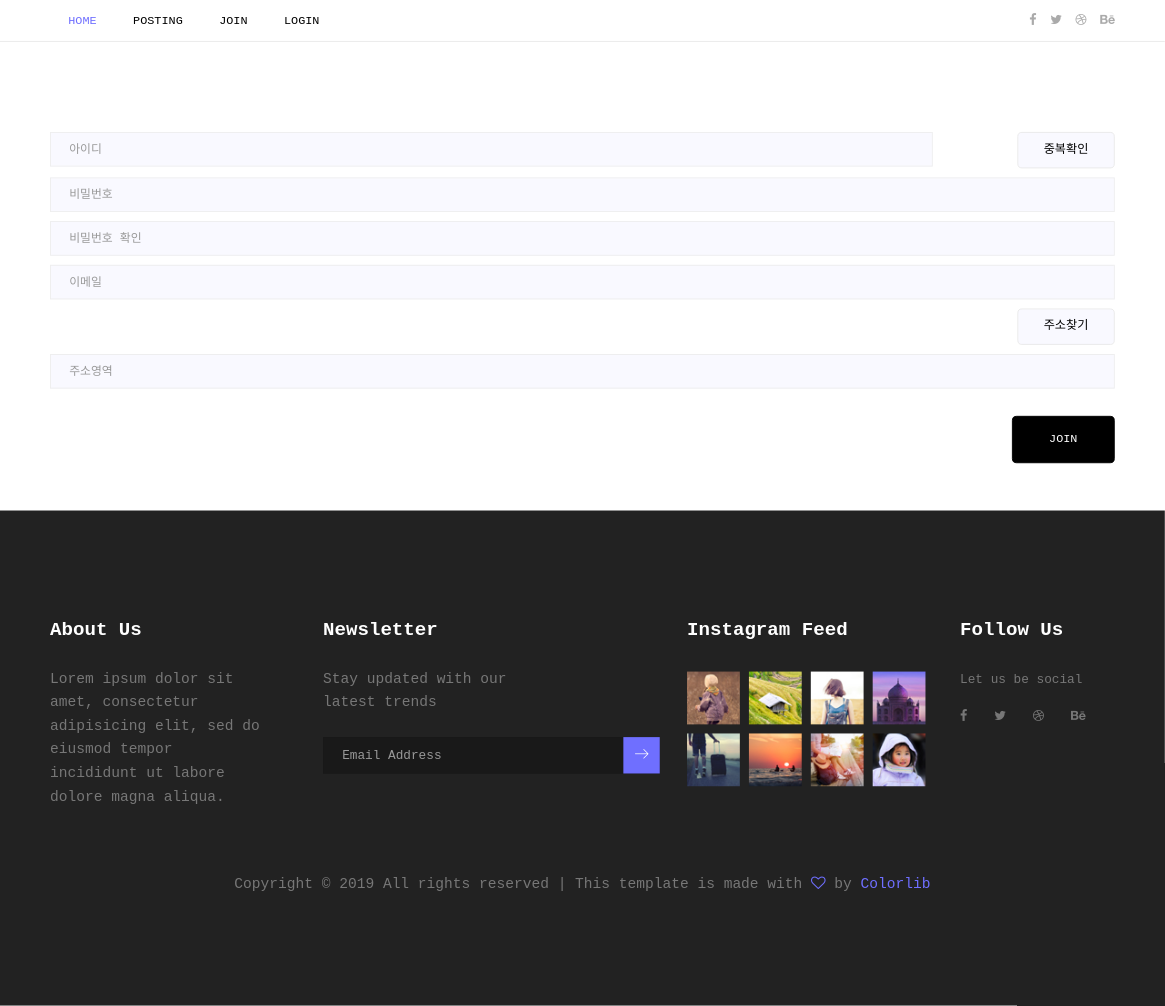
Repository: heonyKim/JSP
Page: http://localhost/blog/user/join.jsp
These files come from the project's save history. The page is drawn as it stood at one moment and after the next save; the edit follows.
The browser window is 1280 px wide. The pictures show the whole page, at 91% of full size.
Some web fonts or font styles are not loaded; a fallback is used. The page is served by Tomcat 9. Other server files are loaded and not shown.

Above is the page before, as saved 2019-11-05 07:26:26.
Console error (its wording comes from the project's code and is left out).

### blog_project/blog/WebContent/user/join.jsp
<%@ page language="java" contentType="text/html; charset=UTF-8" pageEncoding="UTF-8"%>


<%@ include file="/include/nav.jsp"%>



<!-- Contact Area -->
<section class="contact_area">
	<div class="container">
		<div class="row">

			<div class="col-lg-12">
				<form class="row contact_form" action="/blog/user?cmd=join" method="POST" id="contactForm" onsubmit="return validateCheck()">
					<div class="col-md-10">
						<div class="form-group">
							<input type="text" class="form-control" name="username" required="required" placeholder="아이디" maxlength="20">
						</div>
						</div>
						<div class="col-md-2">
							<div class="form-group float-right">
								<a class="blog_btn" href="#" onClick="#" style="font-size:10pt;">중복확인</a>
							</div>
					</div>

					<div class="col-md-12">
						<div class="form-group">
							<input type="password" class="form-control" id="password" name="password" required="required" placeholder="비밀번호" maxlength="20">
						</div>
					</div>

					<div class="col-md-12">
						<div class="form-group">
							<input type="password" class="form-control" id="passwordCheck" name="passwordCheck" required="required" placeholder="비밀번호 확인" maxlength="20">
						</div>
					</div>

					<div class="col-md-12">
						<div class="form-group">
							<input type="email" class="form-control" name="email" required="required" placeholder="이메일" maxlength="40">
						</div>
					</div>


					<div class="col-md-12">
						<div class="form-group float-right">
							<a class="blog_btn" href="#" onClick="goPopup();" style="font-size:10pt;">주소찾기</a>
						</div>
					</div>
					<div class="col-md-12">
						<div class="form-group">
							<input type="text" class="form-control" name="address" id="roadFullAddr" required="required" placeholder="주소영역" maxlength="60" readonly>
						</div>
					</div>


					<div class="col-md-12 text-right">
						<button type="submit" value="submit" class="btn submit_btn">JOIN</button>
					</div>
				</form>
			</div>
		</div>
	</div>
</section>
<!-- Contact Area -->
<br>
<br>



<script>
	function goPopup() {
		// 주소검색을 수행할 팝업 페이지를 호출합니다.
		// 호출된 페이지(jusopopup.jsp)에서 실제 주소검색URL(http://www.juso.go.kr/addrlink/addrLinkUrl.do)를 호출하게 됩니다.
		var pop = window.open("/blog/juso/jusoPopup.jsp", "pop",
				"width=570,height=420, scrollbars=yes, resizable=yes");

	}
	//주소입력버튼 클릭시 콜백됨
	function jusoCallBack(roadFullAddr) {
		var juso = document.querySelector('#roadFullAddr');
		juso.value = roadFullAddr;
	}





	function validateCheck() {

		var password = document.querySelector('#password').value;
		var passwordCheck = document.querySelector('#passwordCheck').value;

		if (password === passwordCheck) {
			console.log("비밀번호가 동일합니다");
			return true;
		} else {
			console.log("비밀번호 틀림");
			alert("비밀번호를 다시확인하세요");
			return false;
		}

	}
</script>


<%@ include file="/include/footer.jsp"%>

### blog_project/blog/WebContent/include/nav.jsp
<%@ page language="java" contentType="text/html; charset=UTF-8" pageEncoding="UTF-8"%>
<%@ taglib prefix="c" uri="http://java.sun.com/jsp/jstl/core"%>
<!doctype html>
<html lang="en">
<head>
<!-- Required meta tags -->
<meta charset="utf-8">
<meta name="viewport" content="width=device-width, initial-scale=1, shrink-to-fit=no">
<link rel="icon" href="/blog/img/favicon.png" type="image/png">
<title>Blog</title>
<!-- Bootstrap CSS -->
<link rel="stylesheet" href="/blog/css/bootstrap.css">
<link rel="stylesheet" href="/blog/vendors/linericon/style.css">
<link rel="stylesheet" href="/blog/css/font-awesome.min.css">
<link rel="stylesheet" href="/blog/vendors/owl-carousel/owl.carousel.min.css">
<link rel="stylesheet" href="/blog/vendors/lightbox/simpleLightbox.css">
<link rel="stylesheet" href="/blog/vendors/nice-select/css/nice-select.css">
<link rel="stylesheet" href="/blog/vendors/animate-css/animate.css">
<link rel="stylesheet" href="/blog/vendors/jquery-ui/jquery-ui.css">
<!-- main css -->
<link rel="stylesheet" href="/blog/css/style.css">
<link rel="stylesheet" href="/blog/css/responsive.css">
<style>
.board_list_content {
	display:block;
	display: -webkit-box;
	-webkit-box-orient: vertical;
	text-align: left;
	overflow: hidden;
	text-overflow: ellipsis;
	white-space: normal;
	line-height: 1.4;
	height : 2.6em;
	-webkit-line-clamp: 2;
	margin-bottom: 20px;
	word-break: break-all;
}
</style>
</head>
<body>

	<!--================Header Menu Area =================-->
	<header class="header_area">
		<div class="main_menu">
			<nav class="navbar navbar-expand-lg navbar-light">
				<div class="container box_1620">
					<!-- Brand and toggle get grouped for better mobile display -->
					<a class="navbar-brand logo_h" href="/blog/index.jsp"><img src="/blog/img/logo.png" alt=""></a>
					<button class="navbar-toggler" type="button" data-toggle="collapse" data-target="#navbarSupportedContent" aria-controls="navbarSupportedContent" aria-expanded="false"
						aria-label="Toggle navigation">
						<span class="icon-bar"></span> <span class="icon-bar"></span> <span class="icon-bar"></span>
					</button>
					<!-- Collect the nav links, forms, and other content for toggling -->
					<div class="collapse navbar-collapse offset" id="navbarSupportedContent">
						<ul class="nav navbar-nav menu_nav">
							<li class="nav-item active"><a class="nav-link" href="/blog/index.jsp">Home</a></li>
							<li class="nav-item"><a class="nav-link" href="/blog/board/write.jsp">Posting</a></li>




							<c:choose>
								<c:when test="${empty sessionScope.user}">
									<li class="nav-item"><a class="nav-link" href="/blog/user/join.jsp">Join</a></li>
									<li class="nav-item"><a class="nav-link" href="/blog/user/login.jsp">LOGIN</a></li>

								</c:when>
								<c:otherwise>
									<li class="nav-item"><a class="nav-link" href="/blog/user/update.jsp">PROFILE</a></li>
									<li class="nav-item"><a class="nav-link" href="/blog/user?cmd=logout">LOGOUT</a></li>
								</c:otherwise>
							</c:choose>



						</ul>
						<ul class="nav navbar-nav navbar-right header_social ml-auto">
							<li class="nav-item"><a href="#"><i class="fa fa-facebook"></i></a></li>
							<li class="nav-item"><a href="#"><i class="fa fa-twitter"></i></a></li>
							<li class="nav-item"><a href="#"><i class="fa fa-dribbble"></i></a></li>
							<li class="nav-item"><a href="#"><i class="fa fa-behance"></i></a></li>
						</ul>
					</div>
				</div>
			</nav>
		</div>

	</header>
	<!--================Header Menu Area =================-->

### blog_project/blog/WebContent/include/footer.jsp
<%@ page language="java" contentType="text/html; charset=UTF-8" pageEncoding="UTF-8"%>
<!DOCTYPE html>
<html>
<head>
<meta charset="UTF-8">
<title>Insert title here</title>
</head>
<body>
	<!--================ start footer Area  =================-->
	<footer class="footer-area p_120">
		<div class="container">
			<div class="row">
				<div class="col-lg-3  col-md-6 col-sm-6">
					<div class="single-footer-widget">
						<h6 class="footer_title">About Us</h6>
						<p>Lorem ipsum dolor sit amet, consectetur adipisicing elit, sed do eiusmod tempor incididunt ut labore dolore magna aliqua.</p>
					</div>
				</div>
				<div class="col-lg-4 col-md-6 col-sm-6">
					<div class="single-footer-widget">
						<h6 class="footer_title">Newsletter</h6>
						<p>Stay updated with our latest trends</p>
						<div id="mc_embed_signup">
							<form target="_blank" action="https://spondonit.us12.list-manage.com/subscribe/post?u=1462626880ade1ac87bd9c93a&amp;id=92a4423d01" method="get" class="subscribe_form relative">
								<div class="input-group d-flex flex-row">
									<input name="EMAIL" placeholder="Email Address" onfocus="this.placeholder = ''" onblur="this.placeholder = 'Email Address '" required="" type="email">
									<button class="btn sub-btn">
										<span class="lnr lnr-arrow-right"></span>
									</button>
								</div>
								<div class="mt-10 info"></div>
							</form>
						</div>
					</div>
				</div>
				<div class="col-lg-3 col-md-6 col-sm-6">
					<div class="single-footer-widget instafeed">
						<h6 class="footer_title">Instagram Feed</h6>
						<ul class="list instafeed d-flex flex-wrap">
							<li><img src="/blog/img/instagram/Image-01.jpg" alt=""></li>
							<li><img src="/blog/img/instagram/Image-02.jpg" alt=""></li>
							<li><img src="/blog/img/instagram/Image-03.jpg" alt=""></li>
							<li><img src="/blog/img/instagram/Image-04.jpg" alt=""></li>
							<li><img src="/blog/img/instagram/Image-05.jpg" alt=""></li>
							<li><img src="/blog/img/instagram/Image-06.jpg" alt=""></li>
							<li><img src="/blog/img/instagram/Image-07.jpg" alt=""></li>
							<li><img src="/blog/img/instagram/Image-08.jpg" alt=""></li>
						</ul>
					</div>
				</div>
				<div class="col-lg-2 col-md-6 col-sm-6">
					<div class="single-footer-widget f_social_wd">
						<h6 class="footer_title">Follow Us</h6>
						<p>Let us be social</p>
						<div class="f_social">
							<a href="#"><i class="fa fa-facebook"></i></a> <a href="#"><i class="fa fa-twitter"></i></a> <a href="#"><i class="fa fa-dribbble"></i></a> <a href="#"><i class="fa fa-behance"></i></a>
						</div>
					</div>
				</div>
			</div>
			<div class="row footer-bottom d-flex justify-content-between align-items-center">
				<p class="col-lg-12 footer-text text-center">
					<!-- Link back to Colorlib can't be removed. Template is licensed under CC BY 3.0. -->
					Copyright &copy;
					<script>
						document.write(new Date().getFullYear());
					</script>
					All rights reserved | This template is made with <i class="fa fa-heart-o" aria-hidden="true"></i> by <a href="https://colorlib.com" target="_blank">Colorlib</a>
					<!-- Link back to Colorlib can't be removed. Template is licensed under CC BY 3.0. -->
				</p>
			</div>
		</div>
	</footer>
	<!--================ End footer Area  =================-->




	<!-- Optional JavaScript -->
	<!-- jQuery first, then Popper.js, then Bootstrap JS -->
	<script src="/blog/js/jquery-3.2.1.min.js"></script>
	<script src="/blog/js/popper.js"></script>
	<script src="/blog/js/bootstrap.min.js"></script>
	<script src="/blog/js/stellar.js"></script>
	<script src="/blog/vendors/lightbox/simpleLightbox.min.js"></script>
	<script src="/blog/vendors/nice-select/js/jquery.nice-select.min.js"></script>
	<script src="/blog/vendors/isotope/imagesloaded.pkgd.min.js"></script>
	<script src="/blog/vendors/isotope/isotope-min.js"></script>
	<script src="/blog/vendors/owl-carousel/owl.carousel.min.js"></script>
	<script src="/blog/vendors/jquery-ui/jquery-ui.js"></script>
	<script src="/blog/js/jquery.ajaxchimp.min.js"></script>
	<script src="/blog/js/mail-script.js"></script>
	<script src="/blog/js/theme.js"></script>
	<script src=""></script>
	<script src=""></script>
</body>
</html>

### blog_project/blog/WebContent/css/responsive.css
@media (max-width:1619px){
	/* Main Menu Area css
	============================================================================================ */
   .header_area .navbar .search {
		margin-left: 40px;
	}
	/* End Main Menu Area css
	============================================================================================ */
	.home_banner_area .blog_text_slider .owl-prev, .home_banner_area .blog_text_slider .owl-next {
		right: 0px;
		font-size: 30px;
	}
}
@media (max-width:1199px){
	/* Main Menu Area css
	============================================================================================ */
	.header_area + section, .header_area + div {
		margin-top: 143px;
	}
	.top_menu .container{
		display: block;
	}
	/* End Main Menu Area css
	============================================================================================ */
	/* Home Banner Area css
	============================================================================================ */
	.home_banner_area {
		min-height: 700px;
	}
	/* End Home Banner Area css
	============================================================================================ */
	.home_banner_area {
		background-size: cover;
	}
	.blog_text {
		padding: 65px 65px 65px 65px;
	}
	.banner_area {
		background-size: cover;
	}
	.blog_style1 .blog_text {
		padding-left: 15px;
		padding-right: 15px;
		padding-top: 0px;
		padding-bottom: 0px;
	}
}

@media (max-width:991px){
	/* Main Menu Area css
	============================================================================================ */
	.logo_part {
		display: none;
	}
    .navbar-toggler {
        border: none;
        border-radius: 0px;
        padding: 0px;
        cursor: pointer;
        margin-top: 27px;
        margin-bottom: 23px;
		float: right;
    }
	.header_area .navbar {
		background: #fff;
	}
    .navbar-toggler[aria-expanded="false"] span:nth-child(2) {
		opacity: 1;
	}
	.navbar-toggler[aria-expanded="true"] span:nth-child(2) {
		opacity: 0;
	}
	.navbar-toggler[aria-expanded="true"] span:first-child {
		transform: rotate(-45deg);
		position: relative;
		top: 7.5px;
	}
	.navbar-toggler[aria-expanded="true"] span:last-child {
		transform: rotate(45deg);
		bottom: 6px;
		position: relative;
	}
	.navbar-toggler span{
		display: block;
		width: 25px;
		height: 3px;
		background: #000;
		margin: auto;
		margin-bottom: 4px;
		transition: all 400ms linear;
		cursor: pointer;
	}
    .navbar .container{
        padding-left: 15px;
        padding-right: 15px;
    }
    .nav{
        padding: 0px 0px;
    }
	.header_area + section, .header_area + row, .header_area + div {
		margin-top: 117px;
	}
    .header_top .nav{
        padding: 0px;
    }
    .header_area .navbar .nav .nav-item .nav-link{
        line-height: 40px;
        margin-right: 0px;
        display: block;
		border-bottom: 1px solid #ededed33;
		border-radius: 0px;
    }
    .header_area .navbar .search{
        margin-left: 0px;
    }
	.header_area .navbar-collapse{
		max-height: 340px;
		overflow-y: scroll;
	}
	.header_area .navbar .nav .nav-item.submenu ul .nav-item .nav-link {
		padding: 0px 15px;
	}
	.header_area .navbar .nav .nav-item {
		margin-right: 0px;
	}
	.header_area + section, .header_area + row, .header_area + div {
		margin-top: 71px;
	}
	.main_menu .navbar .container_inner {
		display: block;
	}
	.main_menu .navbar .navbar-brand {
		display: inline-block;
		padding-top: 11px;
		width: 173px;
	}
	.main_menu .navbar .navbar-brand img {
		width: 100%;
	}
	/* End Main Menu Area css
	============================================================================================ */

	/* Contact Page Area css
	============================================================================================ */
	.contact_info{
		margin-bottom: 50px;
	}
	/* End Contact page Area css
	============================================================================================ */
	.home_banner_area .donation_inner{
		margin-bottom: -30px;
	}
	.single-footer-widget{
		margin-bottom: 30px;
	}
	.footer-area .row{
		margin-bottom: -30px;
	}
	/* Footer Area css
	============================================================================================ */
	/* End End Footer Area css
	============================================================================================ */
	.home_banner_area {
		background-size: cover;
		margin-bottom: 0px;
	}
	/* Extra header Area css
	============================================================================================ */
	/* End Extra header Area css
	============================================================================================ */

	.nav.navbar-nav.navbar-right.header_social{
		display: none;
	}

}
@media (max-width:767px){
	.home_banner_area {
		min-height: 500px;
	}
	.home_banner_area .banner_inner {
		min-height: 500px;
	}
	.home_banner_area .banner_inner .banner_content {
		margin-top: 0px;
	}
	/* Blog Page Area css
	============================================================================================ */
    .blog_banner .banner_inner .blog_b_text h2 {
		font-size: 40px;
		line-height: 50px;
	}
	.blog_info.text-right{
		text-align: left !important;
		margin-bottom: 10px;
	}
	/* End Blog Page Area css
	============================================================================================ */
	.home_banner_area .banner_inner .banner_content h3 {
		font-size: 30px;
	}
	.home_banner_area .banner_inner .banner_content p br {
		display: none;
	}
	/* Footer Area css
	============================================================================================ */
	.footer-bottom .footer-text{
		text-align: center;
	}
	.footer-bottom .footer-social {
		text-align: center;
		margin-bottom: 20px;
	}
	/* End End Footer Area css
	============================================================================================ */
	.blog_style1.small .blog_img img{
		width: 100%;
	}
}
@media (max-width:575px){

	.header_area + section, .header_area + row, .header_area + div {
		margin-top: 71px;
	}
	.top_menu {
		display: none;
	}

    /* Home Banner Area css
	============================================================================================ */
	.home_banner_area .banner_inner .banner_content h2 {
		font-size: 28px;
	}
	.home_banner_area {
		min-height: 500px;
	}
	.home_banner_area .banner_inner {
		min-height: 500px;
	}
	.blog_banner .banner_inner .blog_b_text {
		margin-top: 0px;
	}
	.home_banner_area .banner_inner .banner_content img{
		display: none;
	}
	.home_banner_area .banner_inner .banner_content h5 {
		margin-top: 0px;
	}
	.home_banner_area .banner_inner .banner_content .date a {
		margin-right: 8px;
	}
	/* End Home Banner Area css
	============================================================================================ */
	.p_120 {
		padding-top: 70px;
		padding-bottom: 70px;
	}
	.main_title h2 {
		font-size: 25px;
	}
	/* Elements Area css
	============================================================================================ */
	.sample-text-area {
		padding: 70px 0 70px 0;
	}
	/* End Elements Area css
	============================================================================================ */

	/* Blog Page Area css
	============================================================================================ */
	.blog_details h2 {
		font-size: 20px;
		line-height: 30px;
	}
	.blog_banner .banner_inner .blog_b_text h2 {
		font-size: 28px;
		line-height: 38px;
	}
	.banner_area .banner_inner .banner_content {
		margin-top: 0px;
	}
	/* End Blog Page Area css
	============================================================================================ */
	/* Footer Area css
	============================================================================================ */
	/* End End Footer Area css
	============================================================================================ */
	.pad_top {
		padding-top: 70px;
	}
	.mt-100 {
		margin-top: 50px;
	}
	.single-footer-widget p {
		max-width: 100%;
	}
	.p_100 {
		padding-top: 70px;
		padding-bottom: 70px;
	}
	.blog_style1 .blog_text .blog_text_inner {
		margin-top: 0px;
	}
	.blog_style1 .blog_text {
		padding-left: 0px;
		padding-right: 0px;
		padding-top: 0px;
		padding-bottom: 0px;
	}
	.blog_text .cat a {
		margin-right: 5px;
	}
	.blog_text .cat .cat_btn {
		display: block;
		width: 86px;
		margin-bottom: 10px;
	}
}

@media (max-width:480px){
	/* Main Menu Area css
	============================================================================================ */
	.header_area .navbar-collapse{
		max-height: 250px;
	}
	/* End Main Menu Area css
	============================================================================================ */

	/* Home Banner Area css
	============================================================================================ */
    .home_banner_area .banner_inner .banner_content {
		padding: 30px 15px;
		margin-top: 0px;
	}
	.banner_content .white_btn {
		display: block;
	}
	.home_banner_area .banner_inner .banner_content h3 {
		font-size: 24px;
	}
	.home_banner_area .carousel .carousel-indicators {
		bottom: -50px;
		z-index: 20;
	}
	/* End Home Banner Area css
	============================================================================================ */
	.banner_area .banner_inner .banner_content h2 {
		font-size: 32px;
	}
	/* Blog Page Area css
	============================================================================================ */
	.comments-area .thumb {
		margin-right: 10px;
	}

	/* End Blog Page Area css
	============================================================================================ */
	.home_banner_area .blog_text_slider .owl-prev {
		top: auto;
		bottom: 110px;
		transform: translateY(-0%);
		left: 10px;
	}
	.home_banner_area .blog_text_slider .owl-next {
		top: auto;
		bottom: 110px;
		right: 10px;
		transform: translateY(-0%);
	}
	.blog_text {
		padding: 60px 20px;
	}
}

Loaded but not shown: blog_project/blog/WebContent/css/bootstrap.css (library); blog_project/blog/WebContent/vendors/linericon/style.css (library); blog_project/blog/WebContent/css/font-awesome.min.css (library); blog_project/blog/WebContent/vendors/owl-carousel/owl.carousel.min.css (common file); blog_project/blog/WebContent/vendors/lightbox/simpleLightbox.css (library); blog_project/blog/WebContent/vendors/nice-select/css/nice-select.css (library); blog_project/blog/WebContent/vendors/animate-css/animate.css (library); blog_project/blog/WebContent/vendors/jquery-ui/jquery-ui.css (library); blog_project/blog/WebContent/js/jquery-3.2.1.min.js (library); blog_project/blog/WebContent/js/popper.js (library); blog_project/blog/WebContent/js/bootstrap.min.js (library); blog_project/blog/WebContent/js/stellar.js (library); blog_project/blog/WebContent/vendors/lightbox/simpleLightbox.min.js (library); blog_project/blog/WebContent/vendors/nice-select/js/jquery.nice-select.min.js (common file); blog_project/blog/WebContent/vendors/isotope/imagesloaded.pkgd.min.js (library); blog_project/blog/WebContent/vendors/isotope/isotope-min.js (library); blog_project/blog/WebContent/vendors/owl-carousel/owl.carousel.min.js (library); blog_project/blog/WebContent/vendors/jquery-ui/jquery-ui.js (library); blog_project/blog/WebContent/js/jquery.ajaxchimp.min.js (library); blog_project/blog/WebContent/js/theme.js (283 lines, source omitted); blog_project/blog/WebContent/js/mail-script.js (31 lines, source omitted); blog_project/blog/WebContent/css/style.css (3905 lines, source omitted)

After the next save:
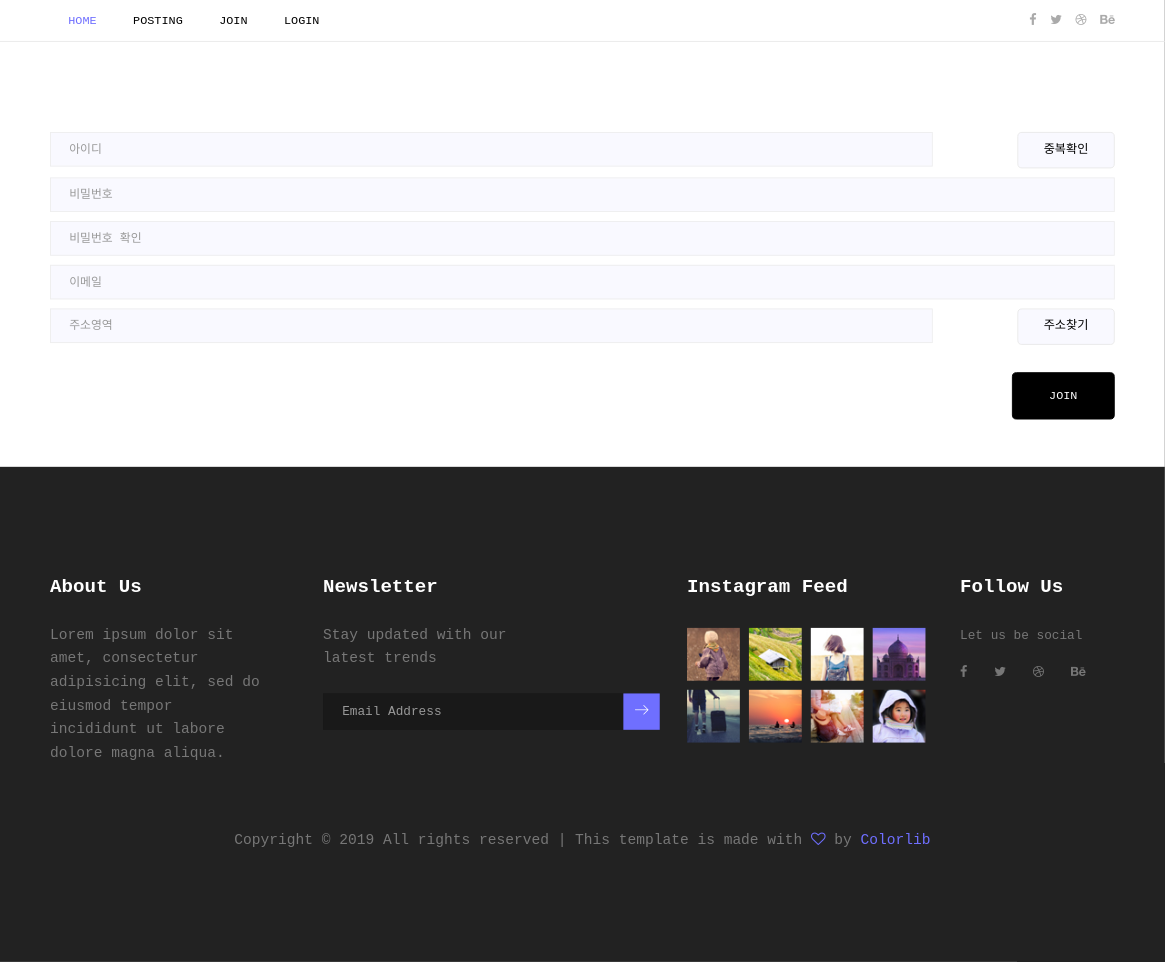
Saved 41 s later.
--- a/blog_project/blog/WebContent/user/join.jsp
+++ b/blog_project/blog/WebContent/user/join.jsp
@@ -42,17 +42,17 @@
 					</div>
 
 
-					<div class="col-md-12">
+
+					<div class="col-md-10">
+						<div class="form-group">
+							<input type="text" class="form-control" name="address" id="roadFullAddr" required="required" placeholder="주소영역" maxlength="60" readonly>
+						</div>
+					</div>
+					<div class="col-md-2">
 						<div class="form-group float-right">
 							<a class="blog_btn" href="#" onClick="goPopup();" style="font-size:10pt;">주소찾기</a>
 						</div>
 					</div>
-					<div class="col-md-12">
-						<div class="form-group">
-							<input type="text" class="form-control" name="address" id="roadFullAddr" required="required" placeholder="주소영역" maxlength="60" readonly>
-						</div>
-					</div>
-
 
 					<div class="col-md-12 text-right">
 						<button type="submit" value="submit" class="btn submit_btn">JOIN</button>
